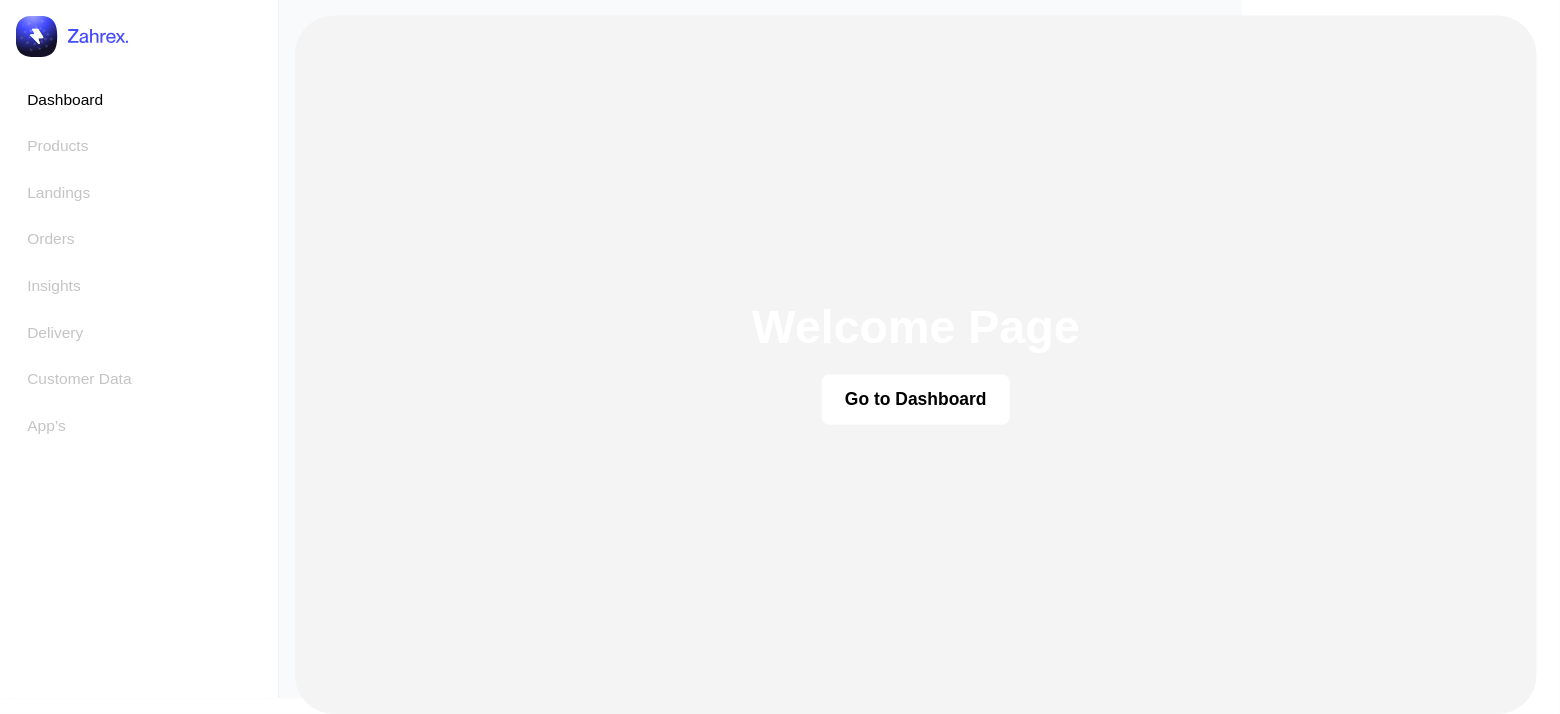
Repository: asba38295-web/zahrex-app
Page: /dashboard
An editor plug-in stored every save of this project. The page is shown before and after the next save, followed by the edit.
The browser window is 1280 px wide. The page is 1608 px wide, so the pictures cover 1608 px, including what lies to the right of the window. The pictures show the whole page, at 97% of full size.
The project was rebuilt for these pictures with package versions that can differ from the ones it lists, and the page was loaded fresh each time. The framework's server and built-in components were replaced by stand-ins that run in the browser. Also part of the build but not shown: next.config.mjs.

Above is the page before, as saved 2025-11-28 14:51:16.

After the next save:
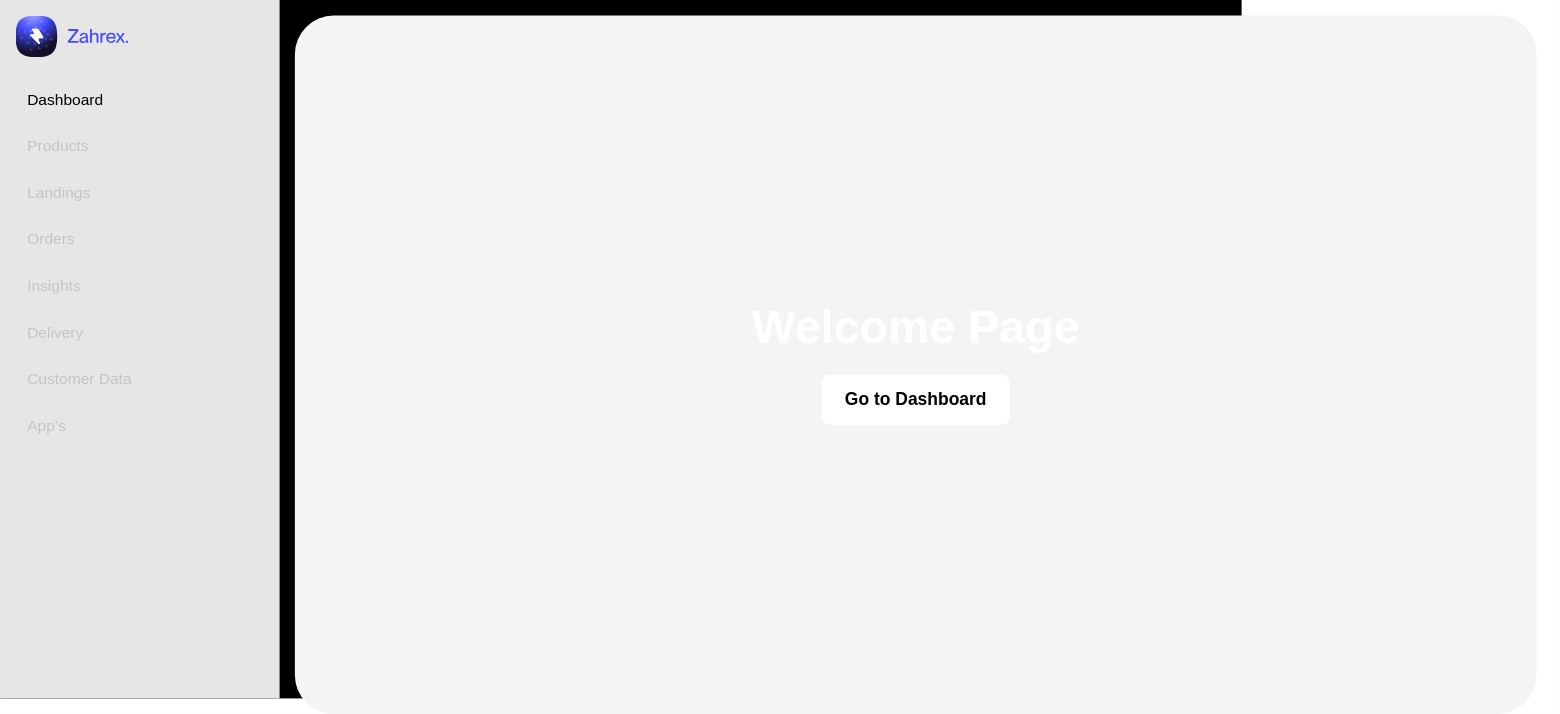
Saved 38 s later.
--- a/src/app/dashboard/page.jsx
+++ b/src/app/dashboard/page.jsx
@@ -20,7 +20,7 @@ export default function DashboardShell() {
   ];
 
   return (
-    <div className="h-screen w-screen bg-gray-50 flex">
+    <div className="h-screen w-screen bg-black flex">
       {/* Sidebar */}
       <aside
         className={`fixed inset-y-0 left-0 z-30 w-72 bg-white/90 backdrop-blur border-r border-gray-200 p-4 transition-transform md:translate-x-0 ${
